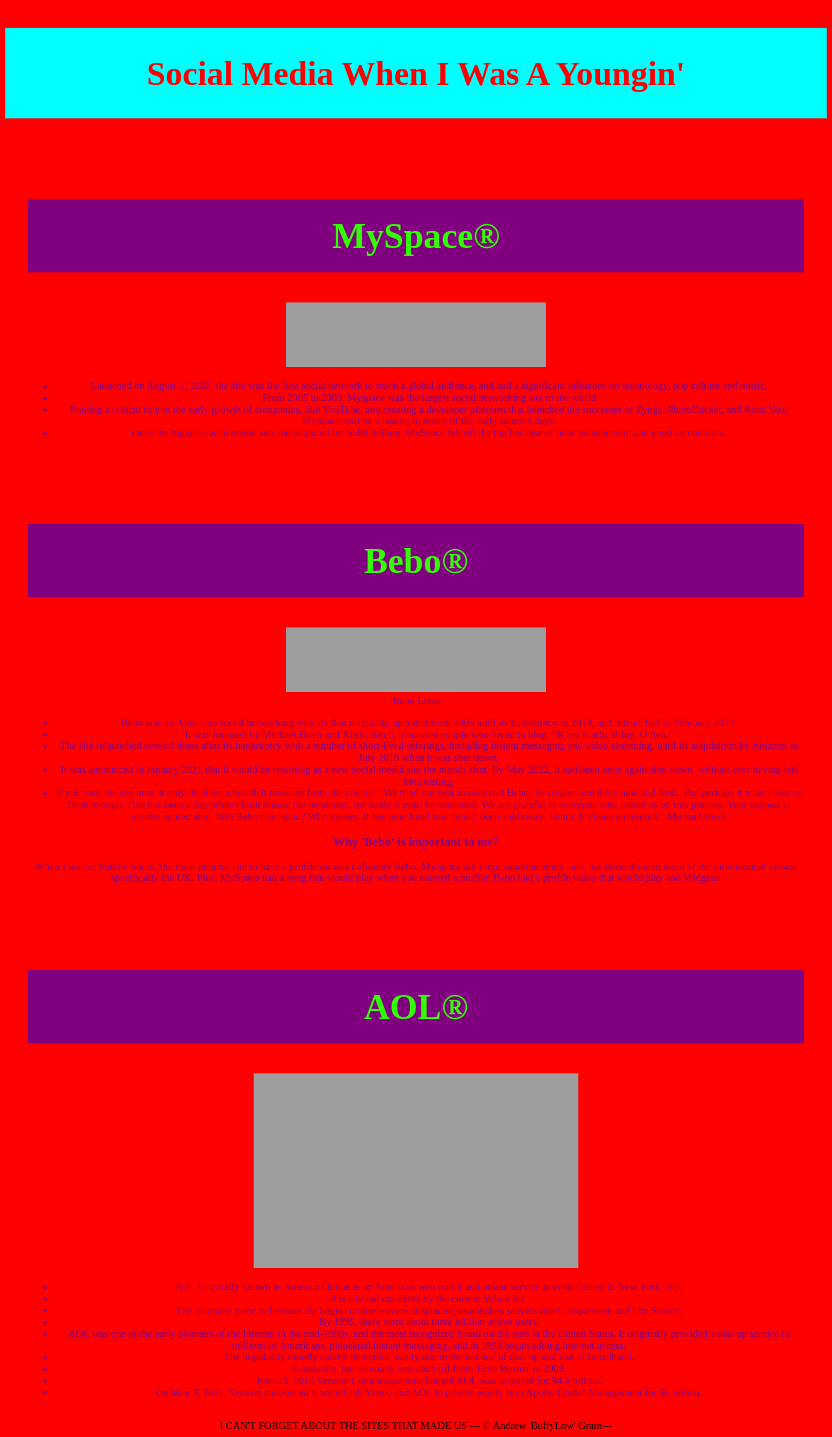
Repository: AndrewGrantt/LC101
Page: LC101/js-assignment-4-html-me-something-buffylow/index.html
An editor plug-in stored every save of this project. The page is shown before and after the next save, followed by the edit.
The browser window is 1280 px wide. The pictures show the whole page, at 65% of full size.
Pictures or frames that could not be fetched are drawn as grey boxes.

Above is the page before, as saved 2022-07-18 23:35:35.

After the next save:
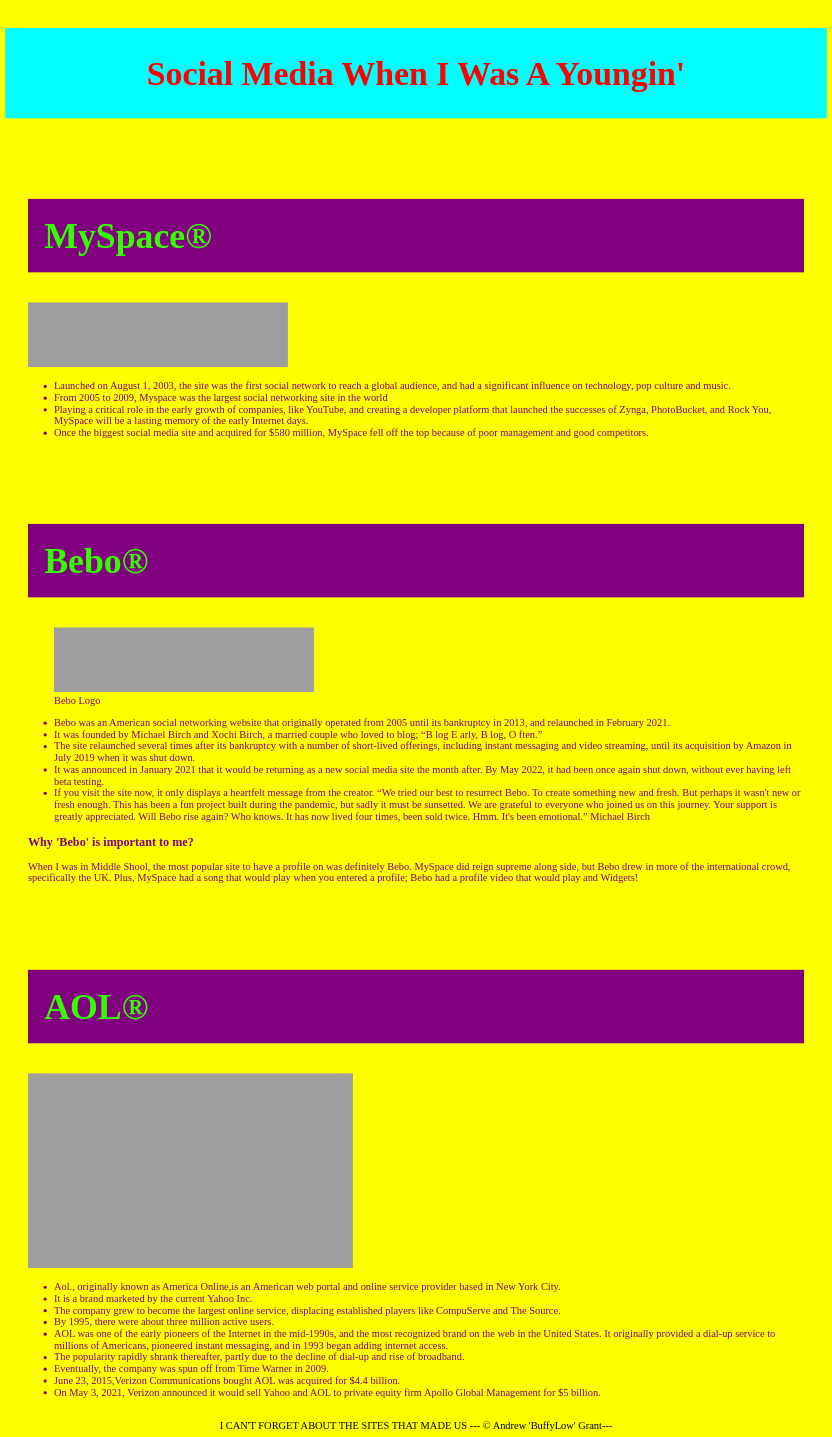
Saved 92 s later.
--- a/LC101/js-assignment-4-html-me-something-buffylow/styles.css
+++ b/LC101/js-assignment-4-html-me-something-buffylow/styles.css
@@ -1,6 +1,6 @@
 
 body {
-    background-color:red;
+    background-color:yellow;
     margin: 8px;
     display: block;
     position: relative;
@@ -8,7 +8,7 @@
 
     .sites {
     color: purple;
-    text-align: center;
+    text-align: left;
     padding: 35px;
     background-color: lime
     font-size: 45px;
